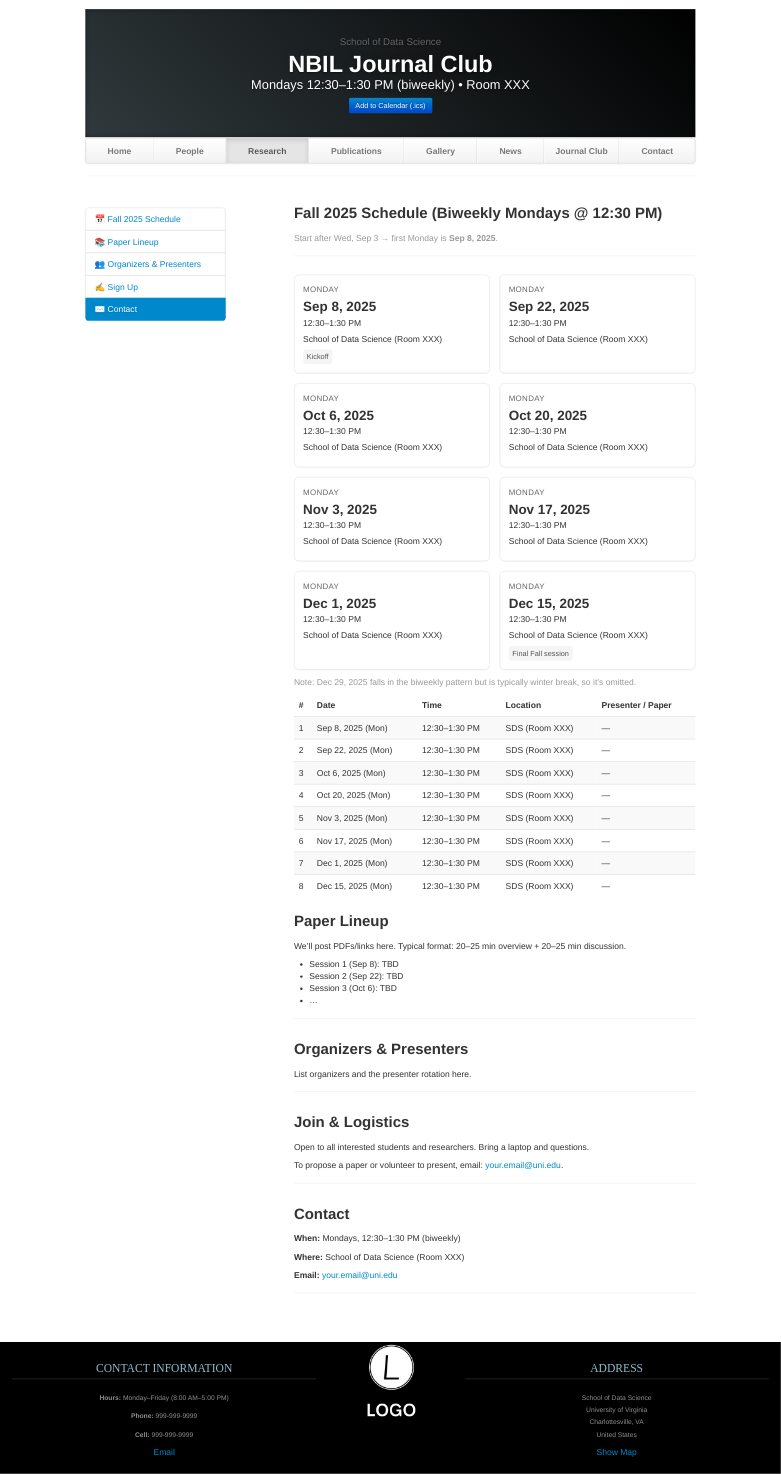
Repository: nbillab/nbillab.io
Page: journalclub.html
An editor plug-in stored every save of this project. The page is shown before and after the next save, followed by the edit.
The browser window is 1280 px wide. The pictures show the whole page, at 61% of full size.

Above is the page before, as saved 2025-09-01 12:22:45.

After the next save:
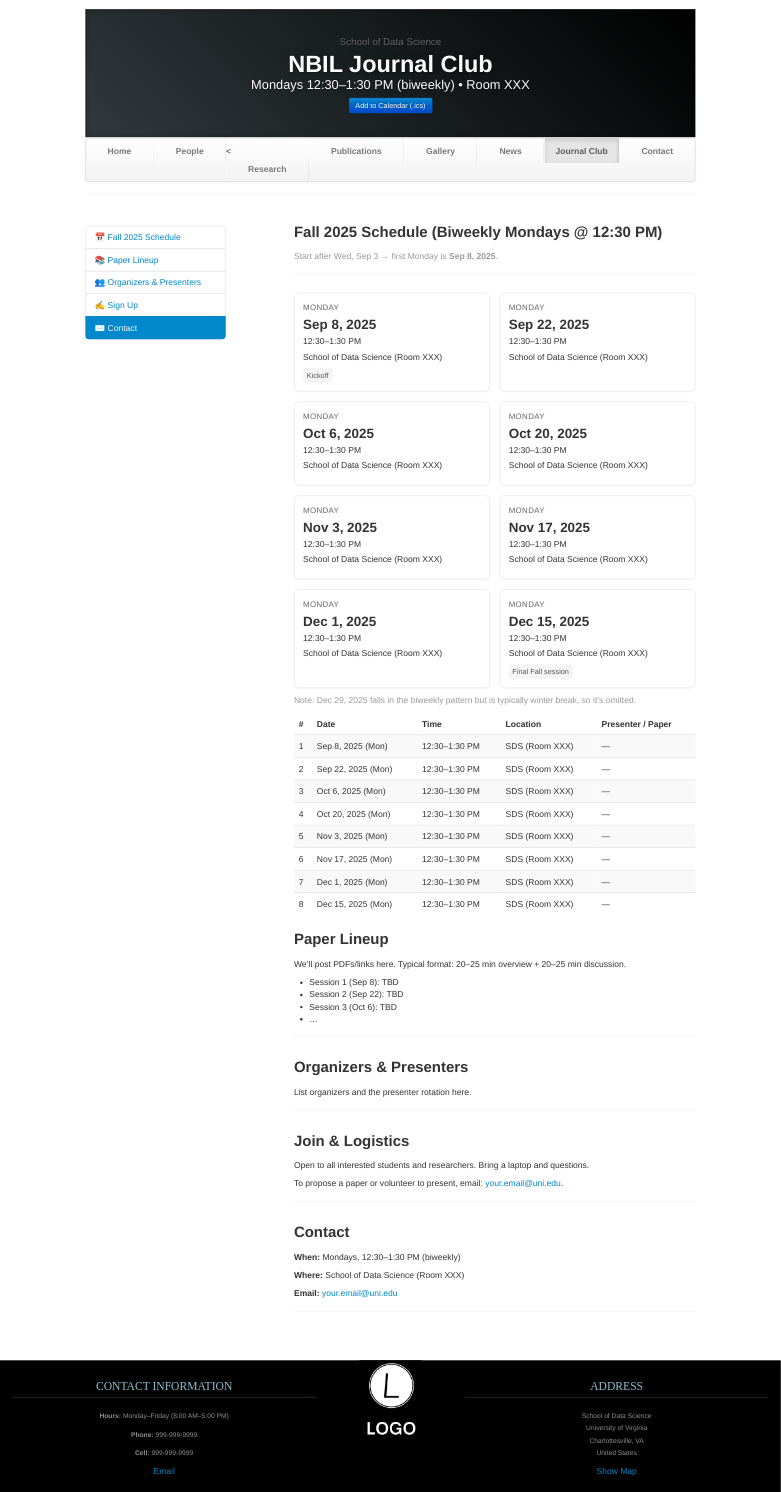
Saved 57 s later.
--- a/journalclub.html
+++ b/journalclub.html
@@ -83,11 +83,11 @@
                      <ul class="nav">
                         <li><a href="index.html">Home</a></li>
                         <li><a href="people.html">People</a></li>
-                        <li class="active"><a href="#">Research</a></li>
+                        <li><<a href="research.html">Research</a></li>
                         <li><a href="publications.html">Publications</a></li>
                         <li><a href="gallery.html">Gallery</a></li>
                         <li><a href="news.html">News</a></li>
-                        <li><a href="journalclub.html">Journal Club</a></li>
+                        <li class="active"><a href="#">Journal Club</a></li>
                         <li><a href="contact.html">Contact</a></li>
                      </ul>
           </div>

After the save that followed:
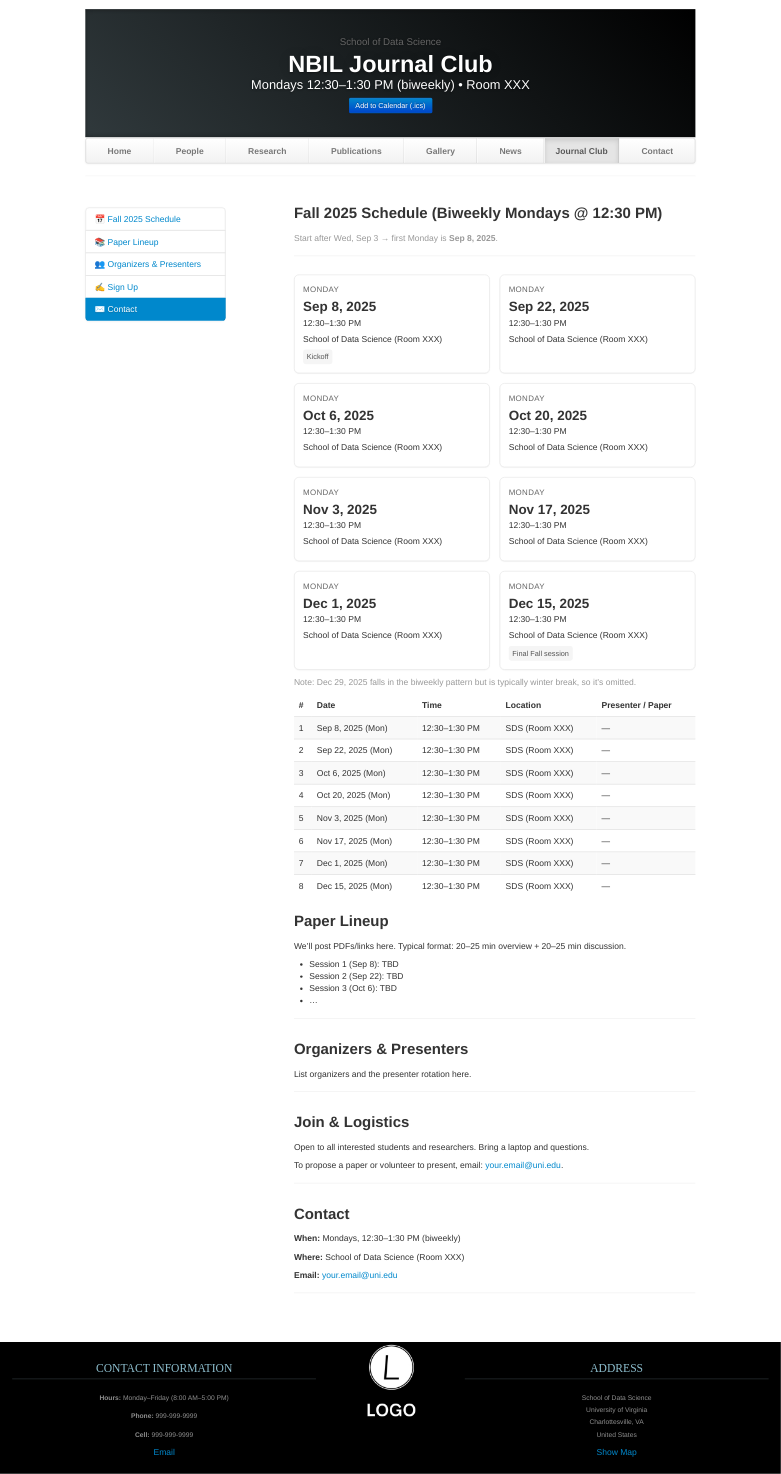
Saved 26 s later.
--- a/journalclub.html
+++ b/journalclub.html
@@ -83,8 +83,8 @@
                      <ul class="nav">
                         <li><a href="index.html">Home</a></li>
                         <li><a href="people.html">People</a></li>
-                        <li><<a href="research.html">Research</a></li>
-                        <li><a href="publications.html">Publications</a></li>
+                        <li><a href="research.html">Research</a></li>
+                        <li><a href="publications.html"> Publications</a></li>
                         <li><a href="gallery.html">Gallery</a></li>
                         <li><a href="news.html">News</a></li>
                         <li class="active"><a href="#">Journal Club</a></li>
